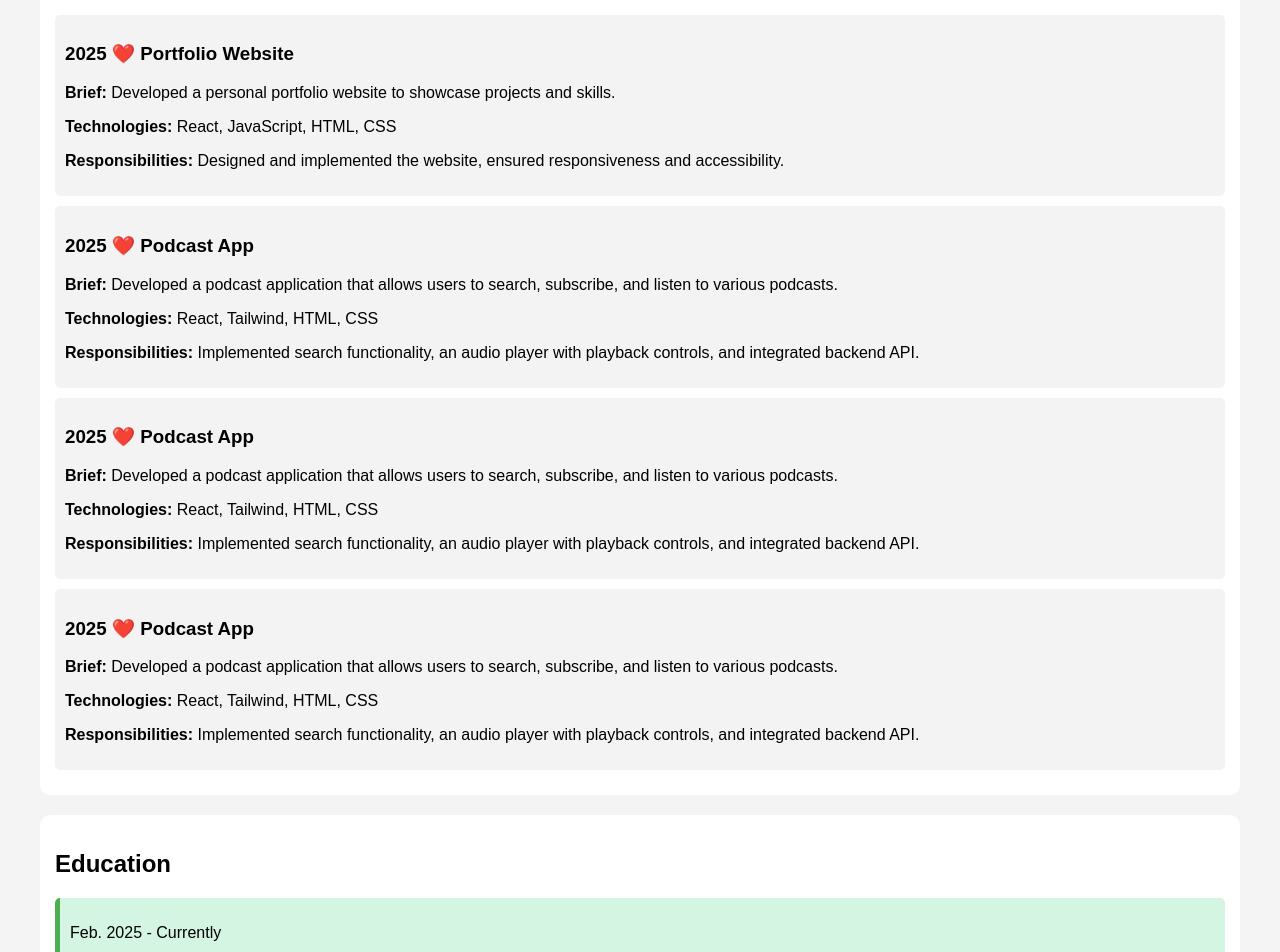
Repository: andajonas/ANDJON25111_fto2502_A2_AndaJonas_SDF_Portfolio_Piece
Page: index.html
These files come from the project's save history. The page is drawn as it stood at one moment and after the next save; the edit follows.
The browser window is 1280 px wide. The pictures show the part of the page from y = 638 to 1590 px (the page is 3128 px tall).
A picture or video elsewhere on the page could not be fetched, so the positions and the page height are approximate.

Above is the page before, as saved 2025-04-03 18:19:45.

### index.html
<!DOCTYPE html>
<html lang="en">
<head>
    <meta charset="UTF-8">
    <meta name="viewport" content="width=device-width, initial-scale=1.0">
    <title>Developer Resume</title>
    <link rel="stylesheet" href="styles.css">
</head>
<body>

<div class="container">
    <!-- Profile Section -->
    <section class="profile">
        <img src="profile.jpg" alt="Profile Picture" class="profile-pic">
        <div class="profile-info">
            <h1>Anda Jonas</h1>
            <p>I am a beginner Software Developer passionate about building clean and responsive websites that are aesthetically pleasing as well as functional. I am always seeking to refine my skills and stay up to date with the latest trends.</p>
        </div>
    </section>

    <!-- Proficiency and Skills Section -->
    <section class="skills-container">
        <div class="proficiency">
            <h2>Proficiency</h2>
            <p><strong>Beginner Intermediate Advanced</strong></p>
            <p>JavaScript</p><div class="bar"><div class="progress" style="width: 10%;"></div></div>
            <p>React</p><div class="bar"><div class="progress" style="width: 10%;"></div></div>
            <p>Node.js</p><div class="bar"><div class="progress" style="width: 10%;"></div></div>
            <p>HTML + CSS</p><div class="bar"><div class="progress" style="width: 30%;"></div></div>
        </div>

        <div class="skills">
            <h2>Skills</h2>
            <div class="skill-tags">
                <span class="skill-item">Software Development</span>
                <span class="skill-item">Agile</span>
                <span class="skill-item">UI Design</span>
                <span class="skill-item">Problem Solving</span>
                <span class="skill-item">Git And Version Control</span>
                <span class="skill-item">Web Development</span>
                <span class="skill-item">Team Collaboration</span>
                <span class="skill-item">Functional Programming</span>
                <span class="skill-item">RESTful APIs</span>
            </div>
        </div>
    </section>

    <!-- Projects Section -->
    <section class="projects">
        <h2>Projects</h2>
        <div class="project-card">
            <h3>2025 ❤️ Portfolio Website</h3>
            <p><strong>Brief:</strong> Developed a personal portfolio website to showcase projects and skills.</p>
            <p><strong>Technologies:</strong> React, JavaScript, HTML, CSS</p>
            <p><strong>Responsibilities:</strong> Designed and implemented the website, ensured responsiveness and accessibility.</p>
        </div>

        <div class="project-card">
            <h3>2025 ❤️ Podcast App</h3>
            <p><strong>Brief:</strong> Developed a podcast application that allows users to search, subscribe, and listen to various podcasts.</p>
            <p><strong>Technologies:</strong> React, Tailwind, HTML, CSS</p>
            <p><strong>Responsibilities:</strong> Implemented search functionality, an audio player with playback controls, and integrated backend API.</p>
        </div>

        <div class="project-card">
            <h3>2025 ❤️ Podcast App</h3>
            <p><strong>Brief:</strong> Developed a podcast application that allows users to search, subscribe, and listen to various podcasts.</p>
            <p><strong>Technologies:</strong> React, Tailwind, HTML, CSS</p>
            <p><strong>Responsibilities:</strong> Implemented search functionality, an audio player with playback controls, and integrated backend API.</p>
        </div>

        <div class="project-card">
            <h3>2025 ❤️ Podcast App</h3>
            <p><strong>Brief:</strong> Developed a podcast application that allows users to search, subscribe, and listen to various podcasts.</p>
            <p><strong>Technologies:</strong> React, Tailwind, HTML, CSS</p>
            <p><strong>Responsibilities:</strong> Implemented search functionality, an audio player with playback controls, and integrated backend API.</p>
        </div>
    </section>

    <!-- Education Section -->
    <section class="education">
        <h2>Education</h2>
        <div class="education-card green">
            <div class="exp-header">
                <p class="date">Feb. 2025 - Currently</p>
                <span class="tag">Most Recent</span>
            </div>
            <h3>CodeSpace Academy</h3>
            <p class="company">Software Development | Full-time</p>
            <ul>
                <li>Gained hands-on experience with web technologies and development tools</li>
                 <li>Enhanced Tech skills in learning relevant languages such as HTML, CSS and soon JavaScript</li>
        </div>

        <div class="education-card">
            <p class="date">Jan. 2021 - Dec. 2022</p>
            <h3>iStudent Academy</h3>
            <p class="company">IT Engineering | Full-time</p>
            <ul>
                <li>Gained an understanding of Programming and Networking</li>
                <li>Focused on technical and programming skills to gain a wider range of IT skills</li>
            </ul>
        </div>
        <div class="education-card">
            <p class="date">Jan. 2015 - Dec. 2020</p>
            <h3>De Villiers Graaff High School</h3>
            <p class="company">Matric | NQF Level 4</p>
            <ul>
                <li>Built core academic skills and developed a passion for problem-solving</li>
                <li>Participated in school projects that honed creative an analytical thinking</li>
            </ul>
        </div>
    </section>

    <!-- Experience Section -->
    <section class="experience">
        <h2>Experience</h2>
        <div class="experience-card green">
            <div class="exp-header">
                <p class="date">Sep. 2024 - Jan 2025</p>
                <span class="tag">Most Recent</span>
            </div>
            <h3>Customer Service Representative</h3>
            <p class="company">Amazon | Full-time</p>
            <ul>
                <li>Support customers, drivers and Delivery Service Partners to ensure successful deliveries</li>
                <li>Prevent issues and solve customer queries through phone, email or chat.</li>
        </div>

        <div class="experience-card">
            <p class="date">Sept. 2023 - Jul. 2024</p>
            <h3>Quality Assesor</h3>
            <p class="company">Liberty | Full-time</p>
            <ul>
                <li>Enhance the customer experience journey by quality assessing call center interactions(calls), enable low risk and zero surprises BAU and producing reports</li>
                <li>Contribute towards continuous improvement initiatives to improve compliance, processes, systems and skills</li>
            </ul>
        </div>
        <div class="experience-card">
            <p class="date">Feb. 2023 - Sept. 2023</p>
            <h3>Sales Agent | Insurance</h3>
            <p class="company">Liberty | Full-time</p>
            <ul>
                <li>Conduct outbound calls in a professional manner, ensuring excellent and accurate client service</li>
                <li>Sell the company's Life Insurance and Services to potential customers</li>
            </ul>
        </div>
    </section>

    <!-- Contact Section -->
    <section class="contact">
        <p class="contact-text">Let's chat! I'm ready to work on exciting projects.</p>
        <p class="contact-links">
            <a href="mailto:andajonas63@gmail.com">andajonas63@gmail.com</a> |
            <a href="tel:+27655461522"> 065 546 1522</a> |
            <a href="https://www.linkedin.com/in/anda-jonas/" target="_blank" rel="noopener noreferrer">LinkedIn</a> |
            <a href="https://github.com/andajonas" target="_blank" rel="noopener noreferrer"> GitHub</a>
        </p>
    </section>
</div>

</body>
</html>

### styles.css
/* General Layout */
body {
    font-family: Arial, sans-serif;
    margin: 0;
    padding: 0;
    background: #f4f4f4;
}

.container {
    max-width: 1200px;
    margin: auto;
    display: flex;
    flex-direction: column;
    gap: 20px;
}

/* Profile Section */
.profile {
    display: flex;
    align-items: center;
    padding: 20px;
    background: white;
    border-radius: 10px;
}

.profile-pic {
    width: 144px;
    height: 144px;
    border-radius: 24px;
    object-fit: cover;
    margin-right: 20px;
}

/* Skills Section */
.skills-container {
    display: flex;
    gap: 20px;
}

.proficiency, .skills {
    background: white;
    padding: 15px;
    border-radius: 10px;
    width: 50%;
}

.bar {
    width: 100%;
    height: 5px;
    background: #ddd;
    margin-bottom: 10px;
}

.progress {
    height: 5px;
    background: green;
}

.skill-tags {
    display: flex;
    flex-wrap: wrap;
    gap: 10px;
}

.skill-item {
    background: #ecf4f1;
    padding: 8px 14px;
    border-radius: 6px;
    font-size: 14px;
    display: inline-block;
}

/* Projects Section */
.projects {
    background: white;
    padding: 15px;
    border-radius: 10px;
    display: grid;
}

.project-card {
    background: #f3f3f3;
    padding: 10px;
    border-radius: 5px;
    margin-bottom: 10px;
}

/* Education Section */
.education {
    background: white;
    padding: 15px;
    border-radius: 10px;
}

.education-card {
    background: #f3f3f3;
    padding: 10px;
    border-radius: 5px;
    margin-bottom: 10px;
}

/* Experience Section */
.experience {
    background: white;
    padding: 15px;
    border-radius: 10px;
}

.experience-card {
    background: #f3f3f3;
    padding: 10px;
    border-radius: 5px;
    margin-bottom: 10px;
}

.green {
    background: #d5f5e3;
    border-left: 5px solid #4caf50;
}

.tag {
    background: #ff6347;
    color: white;
    padding: 3px 6px;
    border-radius: 5px;
}

/* Contact Section */
.contact {
    background: #d35d36;
    color: white;
    text-align: center;
    padding: 15px;
    border-radius: 10px;
}

.contact-links a {
    color: white;
    font-weight: bold;
    text-decoration: none;
}

After the next save:
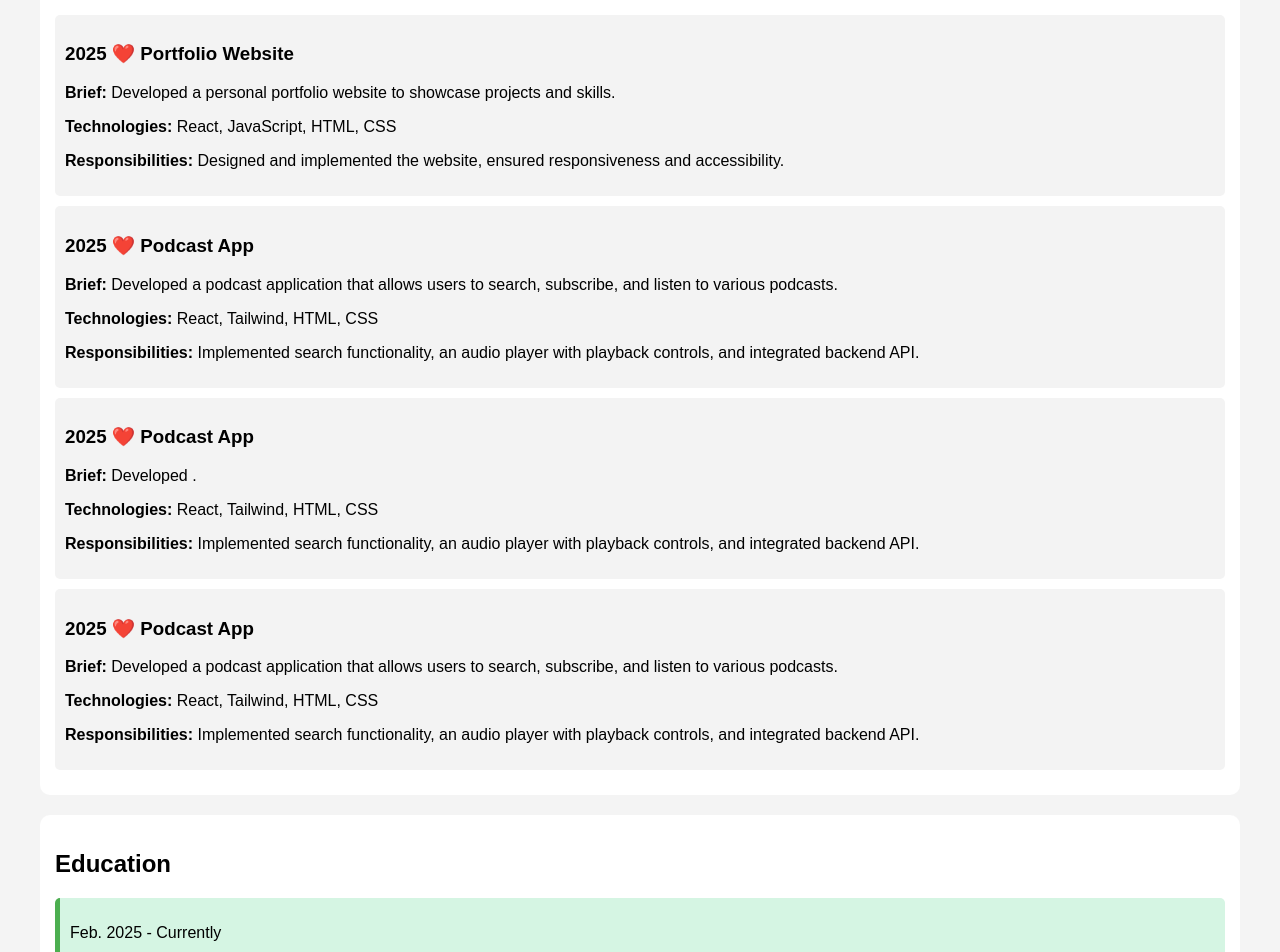
Saved 2 min 55 s later.
--- a/index.html
+++ b/index.html
@@ -64,7 +64,7 @@
 
         <div class="project-card">
             <h3>2025 ❤️ Podcast App</h3>
-            <p><strong>Brief:</strong> Developed a podcast application that allows users to search, subscribe, and listen to various podcasts.</p>
+            <p><strong>Brief:</strong> Developed .</p>
             <p><strong>Technologies:</strong> React, Tailwind, HTML, CSS</p>
             <p><strong>Responsibilities:</strong> Implemented search functionality, an audio player with playback controls, and integrated backend API.</p>
         </div>
